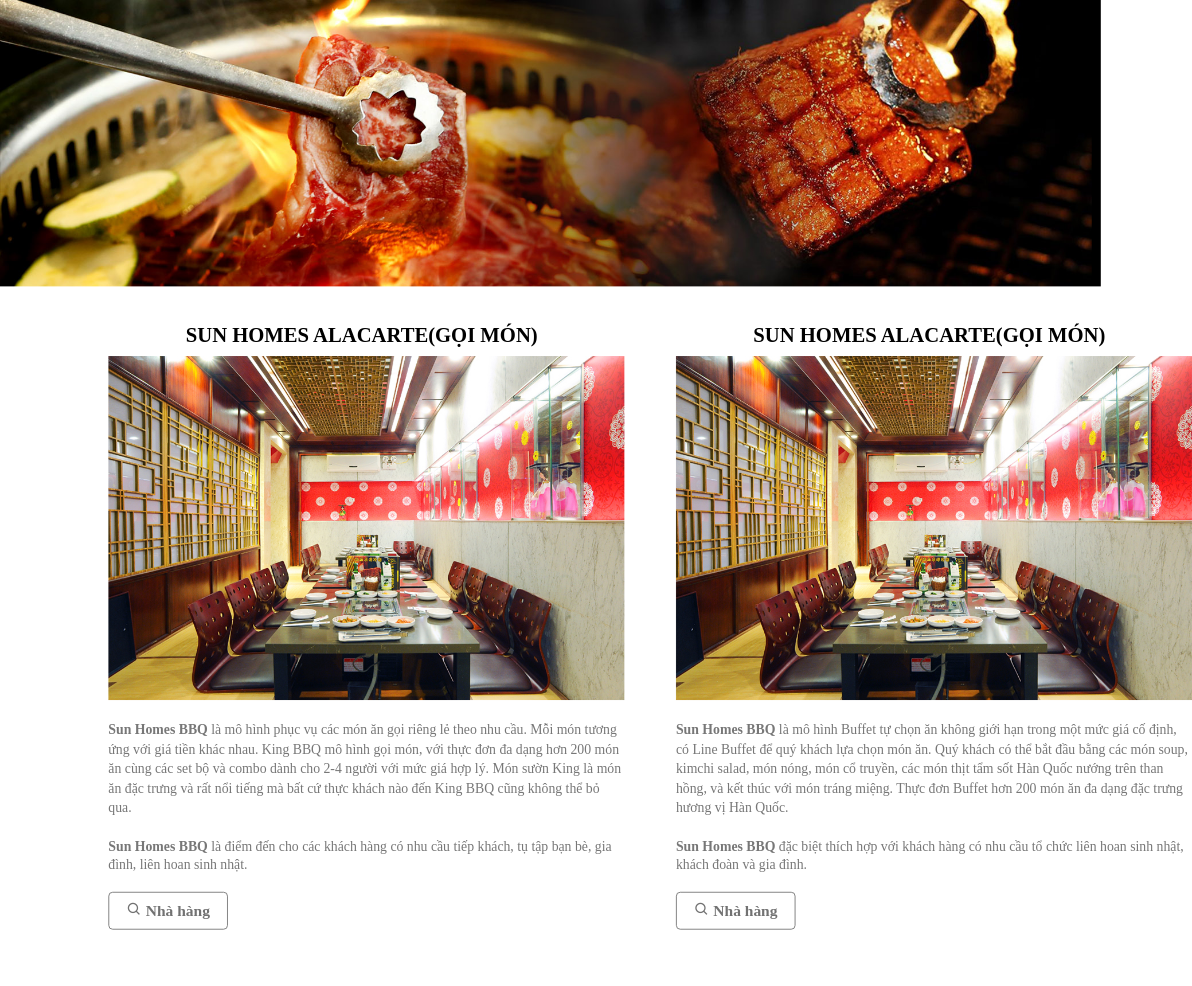
Repository: QUANGTHAI2003/sunhomesbbq
Page: GioiThieu.html
The author's editor kept a copy of each file at every save. The page is drawn from the files as they stood at one save, then again after the next save.
The browser window is 1280 px wide. The page is 1386 px wide, then 1280 px, so the pictures cover 1386 px, including what lies to the right of the window. The pictures show the whole page, at 86% of full size.

Above is the page before, as saved 2022-02-13 11:31:12.

### GioiThieu.html
<!DOCTYPE html>
<html lang="en">
<head>
    <meta charset="UTF-8">
    <meta http-equiv="X-UA-Compatible" content="IE=edge">
    <meta name="viewport" content="width=device-width, initial-scale=1.0">
    <title>Document</title>
    <link href='https://unpkg.com/boxicons@2.1.1/css/boxicons.min.css' rel='stylesheet'>
    <link rel="stylesheet" href="style.css">
</head>
<body>
    <img src="img/banner.jpg" width="100%" top="0" alt="">
    <div class="wrapper">
        <div class="Gioi-Thieu1">
            <div class="heading-GT">SUN HOMES ALACARTE(GỌI MÓN)</div>
                <img src="./img/Gioi-Thieu1.jpg" alt="">
                <p class="para-GT"><strong>Sun Homes BBQ</strong> là mô hình phục vụ các món ăn gọi riêng lẻ theo nhu cầu. Mỗi món tương ứng với giá tiền khác nhau. King
                BBQ mô hình gọi món, với thực đơn đa dạng hơn 200 món ăn cùng các set bộ và combo dành cho 2-4 người với mức giá hợp lý.
                Món sườn King là món ăn đặc trưng và rất nổi tiếng mà bất cứ thực khách nào đến King BBQ cũng không thể bỏ qua. <br> <br>
                <strong>Sun Homes BBQ</strong> là điểm đến cho các khách hàng có nhu cầu tiếp khách, tụ tập bạn bè, gia đình, liên hoan sinh nhật.</p>
                <div class="btn-res">
                    <i class="bx bx-search"></i>
                    Nhà hàng
                </div>
        </div>
        <div class="Gioi-Thieu2">
            <div class="heading-GT">SUN HOMES ALACARTE(GỌI MÓN)</div>
                <img src="./img/Gioi-Thieu1.jpg" alt="">
                <p class="para-GT">
                    <strong>Sun Homes BBQ</strong> là mô hình Buffet tự chọn ăn không giới hạn trong một mức giá cố định, có Line Buffet để quý khách lựa
                    chọn món ăn. Quý khách có thể bắt đầu bằng các món soup, kimchi salad, món nóng, món cổ truyền, các món thịt tẩm sốt Hàn
                    Quốc nướng trên than hồng, và kết thúc với món tráng miệng. Thực đơn Buffet hơn 200 món ăn đa dạng đặc trưng hương vị
                    Hàn Quốc. <br> <br>
                    <strong>Sun Homes BBQ</strong> đặc biệt thích hợp với khách hàng có nhu cầu tổ chức liên hoan sinh nhật, khách đoàn và gia đình.
                <div class="btn-res">
                    <i class="bx bx-search"></i>
                    Nhà hàng
                </div>
        </div>
    </div>
</body>
</html>

### style.css
* {
    margin: 0;
    padding: 0;
    box-sizing: border-box;
}
html {
    scroll-behavior: smooth;
}
.container {
    overflow: hidden;
}

.header {
    height: 100px;
    background-color: #000;
    position: fixed;
    top: 0;
    right: 0;
    left: 0;
}

.header img {
    padding: 8px;
    width: 350px;
}
/* Navigation bar */

.nav {
    max-width: 85%;
    display: flex;
}

#logo {
    float: left;
    padding: 0 100px;
}

@media screen and (max-width: 1400px) {
    #logo {
        padding: 6px 50px;
    }
    .header img {
        width: 300px;
    }
    .nav a {
        font-size: 14px;
    }
}

.nav > ul {
    flex-wrap: wrap;
}

.nav li {
    list-style: none;
    line-height: 100px;
    font-weight: 500;
}

.nav li a {
    color: #c6c6c6;
    padding: 6px 15px;
    text-decoration: none;
}
.nav li a:active,
.nav li a:hover {
    color: #f3e385;
    font-weight: bold;
}
.nav li:active a {
    color: #f3e385;
    font-weight: bold;
}

.nav li:last-child a {
    border: 1px solid #c6c6c6;
    border-radius: 5px;
    text-transform: none;
}

.nav li:last-child a:hover {
    background-color: #f3e385;
    color: #000;
}
/* Content */
.content {
    height: 100vh;
}

.section-heading {
    font-family: 'Berkshire Swash', cursive;
    font-size: 30px;
    letter-spacing: 2px;
    word-spacing: 8px;
}

.content-section-sunhomes {
    display: flex;
    max-width: 85%;
    background-size: cover;
    background-position: 50% 50%;
    margin: 0 auto;
    padding: 24px;
}

.section-left-sunhomes {
    padding: 0 15px 30px;
    width: 50%;
}

.section-left-sunhomes .section-heading {
    font-size: 50px;
    margin: 0 0 15px;
    font-family: Berkshire Swash;
}

.section-left-sunhomes .section-content {
    font-size: 16px;
    margin: 0 0 20px;
    line-height: 1.4;
    color: #777777;
}

.section-left-sunhomes .section-content span {
    font-weight: 700;
}
.section-images-sunhomes {
    flex-basis: 50%;
}

.section-images-sunhomes img {
    width: 260px;
    height: 400px;
    flex-basis: 50%;
    padding: 15px;
}

@media screen and (max-width: 1400px) {
    .section-images-sunhomes img {
        width: 220px;
    }
}

.img-1 {
    display: inline-block;
    overflow: hidden;
    position: relative;
}

.img-1 img {
    transition: all 0.5s ease-in-out;
}

.img-1:hover img {
    -webkit-transform: scale(1.1);
    transform: scale(1.2);
}

.img-2 {
    display: inline-block;
    overflow: hidden;
    position: relative;
}

.img-2 img {
    transition: all 0.5s ease-in-out;
}

.img-2:hover img {
    -webkit-transform: scale(1.1);
    transform: scale(1.1);
}

.content-section-menu {
    display: flex;
    max-width: 85%;
    background-size: cover;
    background-position: 50% 50%;
    margin: 0 auto;
    padding: 24px;
}
.section-images-menu {
    display: flex;
}

.section-right-menu {
    flex: 1;
    padding: 30px 30px;
}

.section-right-menu .section-heading {
    color: #c0c0c0;
    font-size: 50px;
    margin: 0 15px;
}

.section-right-menu .section-content {
    font-size: 16px;
    margin: 0 20px;
    line-height: 1.4;
    color: #777777;
}

.section-right-menu .section-content span {
    font-weight: 700;
}
.section-images-menu {
    flex: 1;
}

.img-3 {
    filter: grayscale(100%);
}

.img-3:hover {
    filter: grayscale(0%);
    transition: 0.8s;
}

.img-4 {
    filter: grayscale(100%);
}

.img-4:hover {
    filter: grayscale(0%);
    transition: 0.8s;
}

.img-5 {
    filter: grayscale(100%);
}

.img-5:hover {
    filter: grayscale(0%);
    transition: 0.8s;
}

.img-6 {
    filter: grayscale(100%);
}

.img-6:hover {
    filter: grayscale(0%);
    transition: 0.8s;
}

.section-images-menu img {
    width: 280px;
    height: 200px;
    flex-basis: 25%;
    padding: 15px;
}

.bg-menu {
    background-color: #000;
    height: 480px;
}

.btn-menu {
    display: inline-block;
    color: #c0c0c0;
    font-size: 18px;
    padding: 10px 20px;
    border: 1px solid #c6c6c6;
    border-radius: 5px;
    text-transform: none;
    margin: 12px 20px;
}

.btn-menu:hover {
    color: #555;
    background: #ccc;
    font-weight: bold;
}

.btn-menu .icon-menu {
    color: #c0c0c0;
    font-size: 16px;
}

.btn-menu:hover .icon-menu {
    color: #555;
    background: #ccc;
    font-weight: bold;
}

.icon-menu:hover {
    color: #ccc;
    background: #000;
}

.btn-res {
    display: inline-block;
    color: #727272;
    font-size: 18px;
    padding: 10px 20px;
    border: 1px solid #727272;
    border-radius: 5px;
    text-transform: none;
    font-weight: bold;
}

.btn-res:hover {
    color: #ccc;
    background: #555;
    font-weight: bold;
}

.btn-res .icon-menu {
    color: #000;
    font-size: 16px;
}

/* Footer */
.footer {
    background: #000;
    font-size: 14px;
    line-height: 1.4;
}

.copyright {
    display: flex;
    max-width: 80%;
    margin: 0 auto;
    justify-content: space-between;
    color: #ffffff80;
    padding: 10px;
    bottom: 0;
}

.sign-now {
    background: url(./img/banner.jpg);
    width: 100%;
    height: 100px;
}

.endow {
    max-width: 80%;
    margin: 0 auto;
    opacity: 1;
}

.sign-now span {
    color: #000;
    line-height: 100px;
    margin: 0 20px;
    font-size: 18px;
    font-weight: 500;
}

.sign-now .endow #Email {
    width: 360px;
    height: 40px;
    border-radius: 20px;
    padding: 0 15px;
    margin: 0 5px 0 120px;
    background: rgba(204, 204, 204, 0.4);
    outline: none;
}

.sign-now .endow #Email::placeholder {
    color: #fff;
    font-size: 18px;
}

.sign-now .endow #sign {
    width: 150px;
    height: 40px;
    border-radius: 8px;
    background: #f3e385;
}

.sign-now .endow #sign::placeholder {
    color: #000;
    font-size: 18px;
    font-weight: bold;
}

.sign-now .endow #sign:hover {
    opacity: 0.8;
}

@media screen and (max-width: 1400px) {
    .sign-now span {
        font-size: 16px;
    }

    .sign-now .endow #Email {
        margin: 0 5px 0 60px;
        width: 200px;
    }

    .sign-now .endow #sign {
        width: 120px;
    }
}

.brand {
    display: flex;
    height: 100px;
    justify-content: space-between;
    align-items: center;
    margin: 0 auto;
    max-width: 85%;
}

.brand img {
    width: 8%;
    height: 50px;
}

.brand1 {
    filter: grayscale(100%);
}

.brand1:hover {
    filter: grayscale(0%);
    transition: 0.8s;
}

.brand2 {
    filter: grayscale(100%);
}

.brand2:hover {
    filter: grayscale(0%);
    transition: 0.8s;
}

.brand3 {
    filter: grayscale(100%);
}

.brand3:hover {
    filter: grayscale(0%);
    transition: 0.8s;
}

.brand4 {
    filter: grayscale(100%);
}

.brand4:hover {
    filter: grayscale(0%);
    transition: 0.8s;
}

.brand5 {
    filter: grayscale(100%);
}

.brand5:hover {
    filter: grayscale(0%);
    transition: 0.8s;
}

.brand6 {
    filter: grayscale(100%);
}

.brand6:hover {
    filter: grayscale(0%);
    transition: 0.8s;
}

.brand7 {
    filter: grayscale(100%);
}

.brand7:hover {
    filter: grayscale(0%);
    transition: 0.8s;
}

.brand8 {
    filter: grayscale(100%);
}

.brand8:hover {
    filter: grayscale(0%);
    transition: 0.8s;
}

.brand9 {
    filter: grayscale(100%);
}

.brand9:hover {
    filter: grayscale(0%);
    transition: 0.8s;
}

.brand10 {
    filter: grayscale(100%);
}

.brand10:hover {
    filter: grayscale(0%);
    transition: 0.8s;
}

#myBtn {
    position: fixed;
    bottom: 30px;
    right: 10px;
    float: right;
    right: 5%;
    left: 95%;
    max-width: 30px;
    width: 80px;
    font-size: 20px;
    border-color: rgba(85, 85, 85, 0.2);
    background-color: rgb(100, 100, 100);
    padding: 1px;
    border-radius: 60px;
}

.arrow {
    font-size: 20px;
    padding: 1px 0;
}

#myBtn:hover {
    opacity: 0.8;
}

/* Gioi Thieu */
.wrapper {
    display: flex;
    max-width: 85%;
    margin: 0 auto;
}

.heading-GT {
    font-size: 24px;
    padding: 10px 90px;
    font-weight: bold;
}

.para-GT {
    line-height: 1.4;
    margin: 20px 0;
    color: #777777;
}

.Gioi-Thieu1,
.Gioi-Thieu2 {
    width: 600px;
    height: 750px;
    margin: 30px 30px;
}

.Gioi-Thieu1 img,
.Gioi-Thieu2 img {
    width: 600px;
}

@media screen and (max-width: 1400px) {
    .Gioi-Thieu1,
    .Gioi-Thieu2 {
        width: 600px;
        height: 750px;
        margin: 30px 30px;
    }
}

After the next save:
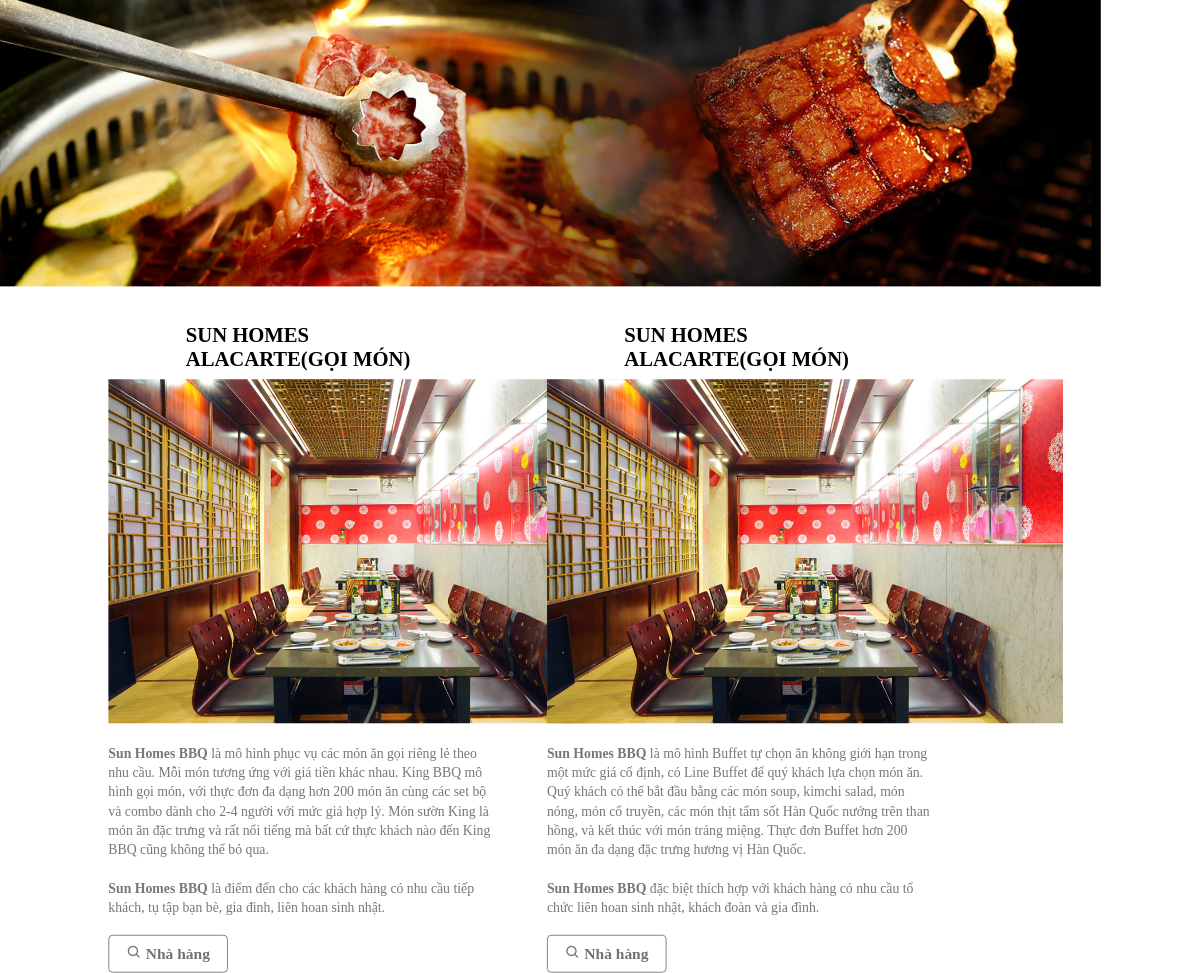
Saved 14 s later.
--- a/style.css
+++ b/style.css
@@ -558,8 +558,8 @@
 @media screen and (max-width: 1400px) {
     .Gioi-Thieu1,
     .Gioi-Thieu2 {
-        width: 600px;
-        height: 750px;
+        width: 450px;
+        height: 550px;
         margin: 30px 30px;
     }
 }
